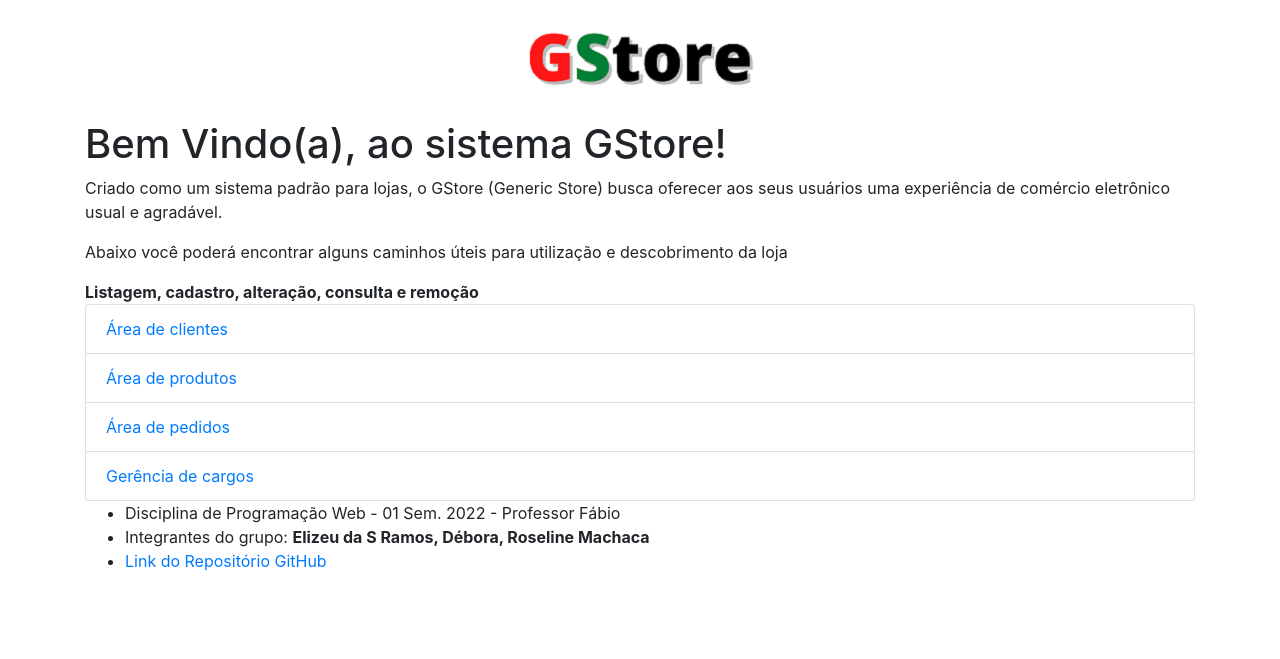
Repository: ElizeusRamos/gstore
Page: GStoreWorkspace/GStoreWeb/WebContent/index.html
The author's editor kept a copy of each file at every save. The page is drawn from the files as they stood at one save, then again after the next save.
The browser window is 1280 px wide. The pictures show the whole page.

Above is the page before, as saved 2022-06-13 20:11:56.

### GStoreWorkspace/GStoreWeb/WebContent/index.html
<!DOCTYPE html>
<html>
	<head>
		<meta charset="ISO-8859-1">
		<title>Página Default</title>

		<link rel="stylesheet" type="text/css" href="styles/bootstrap.min.css" media="screen" />
		<script type="text/javascript" src="scripts/jquery.min.js"></script>
		<script type="text/javascript" src="scripts/popper.min.js"></script>
		<script type="text/javascript" src="scripts/bootstrap.min.js"></script>
		<script type="text/javascript" src="scripts/jquery.mask.min.js"></script>
	</head>
	<body>
	<div class="container">
		<div>
			<img src="assets/GStore.png" class="img-fluid mx-auto d-block" alt="gstore logotipo">
		</div>
		<h1>Bem Vindo(a), ao sistema GStore!</h1>
			<p>
				Criado como um sistema padrão para lojas, o GStore (Generic Store) busca oferecer aos seus usuários
				uma experiência de comércio eletrônico usual e agradável.
			</p>
			<p>
				Abaixo você poderá encontrar alguns caminhos úteis para utilização e descobrimento da loja
			</p>
			<strong>Listagem, cadastro, alteração, consulta e remoção</strong>
			<ul class="list-group">
				<li class="list-group-item"><a href="ClienteController">Área de clientes</a></li>
				<li class="list-group-item"><a href="ProdutoController">Área de produtos</a></li>
				<li class="list-group-item"><a href="PedidoController">Área de pedidos</a></li>
				<li class="list-group-item"><a href="CargoController">Gerência de cargos</a></li>
			</ul>

			<ul>
				<li>Disciplina de Programação Web - 01 Sem. 2022 - Professor Fábio</li>
				<li>Integrantes do grupo: <strong>Elizeu da S Ramos, Débora, Roseline Machaca</strong></li>
				<li><a href="https://github.com/ElizeusRamos/gstore">Link do Repositório GitHub</a></li>
			</ul>

	</div>

	</body>
</html>

Loaded but not shown: GStoreWorkspace/GStoreWeb/WebContent/styles/bootstrap.min.css (library); GStoreWorkspace/GStoreWeb/WebContent/scripts/jquery.min.js (library); GStoreWorkspace/GStoreWeb/WebContent/scripts/popper.min.js (library); GStoreWorkspace/GStoreWeb/WebContent/scripts/bootstrap.min.js (library); GStoreWorkspace/GStoreWeb/WebContent/scripts/jquery.mask.min.js (library)

After the next save:
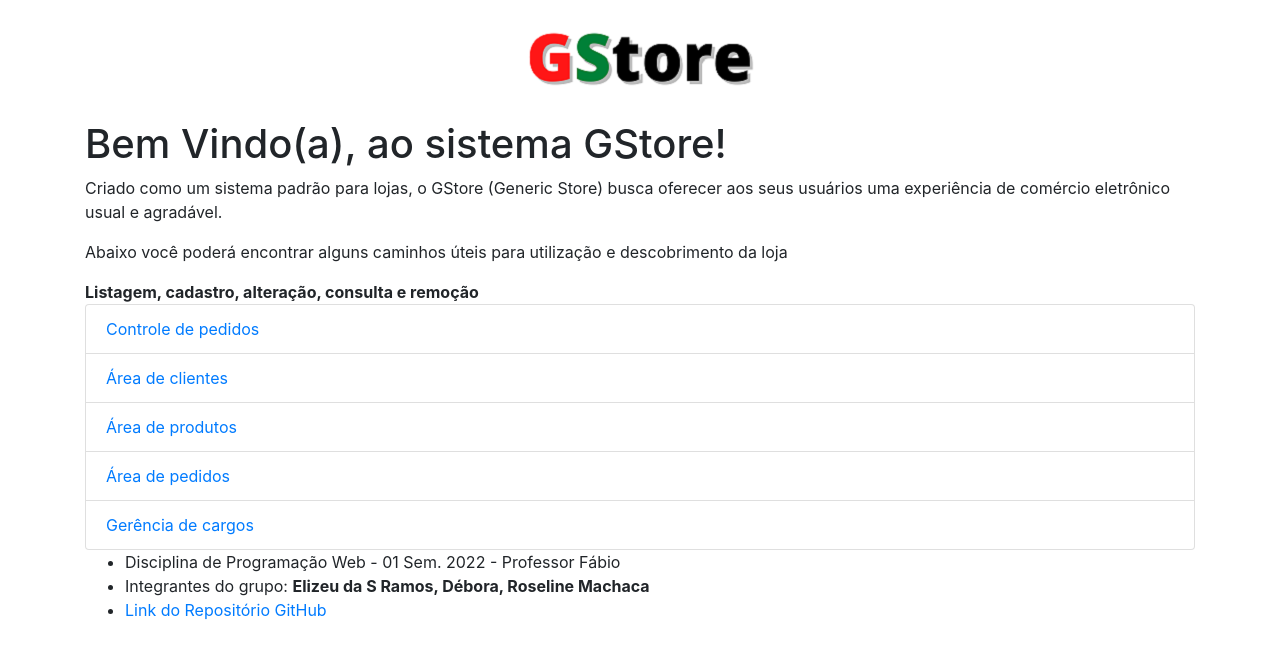
Saved 3 min 36 s later.
--- a/GStoreWorkspace/GStoreWeb/WebContent/index.html
+++ b/GStoreWorkspace/GStoreWeb/WebContent/index.html
@@ -25,6 +25,7 @@
 			</p>
 			<strong>Listagem, cadastro, alteração, consulta e remoção</strong>
 			<ul class="list-group">
+				<li class="list-group-item"><a href="PedidoController">Controle de pedidos</a></li>
 				<li class="list-group-item"><a href="ClienteController">Área de clientes</a></li>
 				<li class="list-group-item"><a href="ProdutoController">Área de produtos</a></li>
 				<li class="list-group-item"><a href="PedidoController">Área de pedidos</a></li>
